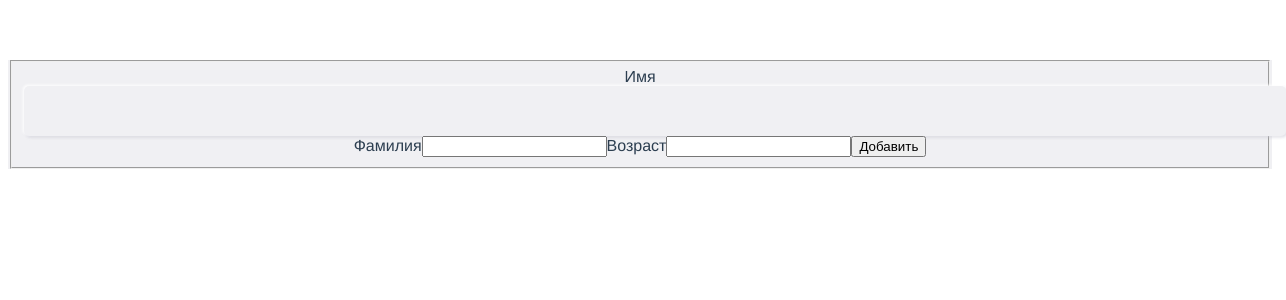
Repository: shum89/test-vue-table
Page: /
These files come from the project's save history. The page is drawn as it stood at one moment and after the next save; the edit follows.
The browser window is 1280 px wide. The page is 1286 px wide, then 1280 px, so the pictures cover 1286 px, including what lies to the right of the window. The pictures show the whole page.
The project was rebuilt for these pictures with package versions that can differ from the ones it lists, and the page was loaded fresh each time. Also part of the build but not shown: vue.config.js.

Above is the page before, as saved 2021-07-18 13:56:37.

### src/App.vue
<template>
  <Form @submit="addData" />
  <Table @remove="removeData" :list="list" />
</template>
<script>
import { uuid } from 'vue-uuid';
import { ref } from 'vue';
import Form from './components/Form.vue';
import Table from './components/Table.vue';

export default {
  components: { Form, Table },
  setup() {
    const list = ref([]);

    const normalizeString = (str) => {
      const result = str.charAt(0).toUpperCase() + str.slice(1).toLowerCase();
      return result;
    };

    const addData = (person) => {
      list.value.push({
        firstName: normalizeString(person.firstName),
        lastName: normalizeString(person.lastName),
        age: person.age,
        id: uuid.v1(),
      });
    };

    const removeData = (id) => {
      list.value = list.value.filter((i) => i.id !== id);
    };

    return {
      list,
      addData,
      removeData,
    };
  },
};
</script>
<script></script>

<style>
#app {
  font-family: Avenir, Helvetica, Arial, sans-serif;
  -webkit-font-smoothing: antialiased;
  -moz-osx-font-smoothing: grayscale;
  text-align: center;
  color: #2c3e50;
  margin-top: 60px;
  background: #f0f0f3;
  box-sizing: border-box;
}
.table__row-group {
  display: flex;
  align-items: center;
  flex-direction: column;
}
.table__row {
  display: grid;
  gap: 5px;
  grid-template-columns: repeat(3, 1fr);
  justify-content: center;
  max-width: 500px;
  width: 100%;
}
</style>

### src/components/Form.vue
<template>
  <form @submit.prevent="onSubmit">
    <fieldset>
      <label for="firstName">
        <span>Имя</span>
        <input class="form__input" v-model="person.firstName" type="text" id="firstName" />
      </label>

      <label for="lastName">
        <span>Фамилия</span>
        <input v-model="person.lastName" type="text" id="lastName" />
      </label>
      <label for="age">
        <span>Возраст</span>
        <input v-model="person.age" type="number" id="age" />
      </label>
      <button type="submit">Добавить</button>
    </fieldset>
  </form>
</template>

<script>
import { reactive } from 'vue';

export default {
  setup(_, { emit }) {
    const person = reactive({
      firstName: '',
      lastName: '',
      age: '',
    });
    const onSubmit = () => {
      emit('submit', person);
    };

    return { onSubmit, person };
  },

  name: 'Form',
  inheritAttrs: false,
};
</script>

<style scoped>
.form__input {
  border: none;
  appearance: none;
  width: 100%;
  border-radius: 10px;
  min-height: 30px;
  padding: 10px 15px;
  background: #f0f0f3;
  box-shadow: -1px -1px 3px #ffffff, 1.5px 1.5px 3px rgba(174, 174, 192, 0.4);
  border-radius: 5px;
  border-color: transparent;
}
.form__input:focus-within {
  box-shadow: inset 2px 2px 6px #ffffff, inset -2px -2px 6px rgba(255, 255, 255, 0.7),
    1px 1px 6px #ffffff, -1px -1px 6px rgba(255, 255, 255, 0.7);
  border: 2px solid #88a1b7;
  outline: 0;
}
</style>

### src/components/Table.vue
<template>
  <div v-if="list.length > 0" class="table" role="grid" aria-colcount="3">
    <div class="table__row-group" role="rowgroup">
      <div class="table__row" role="row">
        <span role="columnheader" aria-colindex="1">First Name</span>
        <span role="columnheader" aria-colindex="2">Last Name</span>
        <span role="columnheader" aria-colindex="3">Age</span>
      </div>
    </div>
    <div class="table__row-group" role="rowgroup">
      <div class="table__row" v-for="listItems in list" :key="listItems.id" role="row">
        <div aria-colindex="1" role="gridcell">
          <span> {{ listItems.firstName }}</span>
        </div>
        <div aria-colindex="2" role="gridcell">
          <span> {{ listItems.lastName }}</span>
        </div>
        <div aria-colindex="3" role="gridcell">
          <span>{{ listItems.age }}</span>
        </div>
        <button @click="removeData(listItems.id)">X</button>
      </div>
    </div>
  </div>
</template>

<script>
export default {
  props: {
    list: Array,
  },
  setup(_, { emit }) {
    const removeData = (id) => {
      emit('remove', id);
    };
    return { removeData };
  },
  name: 'Table',
};
</script>

<style></style>

Loaded but not shown: public/index.html (common file); src/main.js (common file)

After the next save:
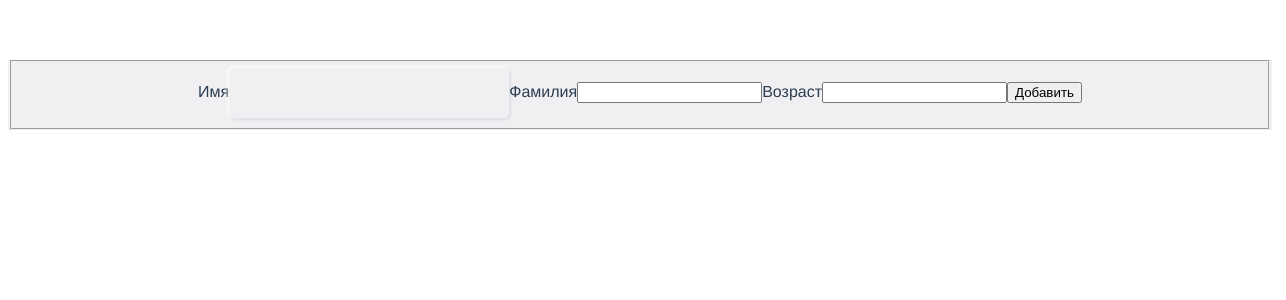
Saved 19 s later.
--- a/src/components/Form.vue
+++ b/src/components/Form.vue
@@ -46,6 +46,7 @@ export default {
   border: none;
   appearance: none;
   width: 100%;
+  max-width: 250px;
   border-radius: 10px;
   min-height: 30px;
   padding: 10px 15px;
